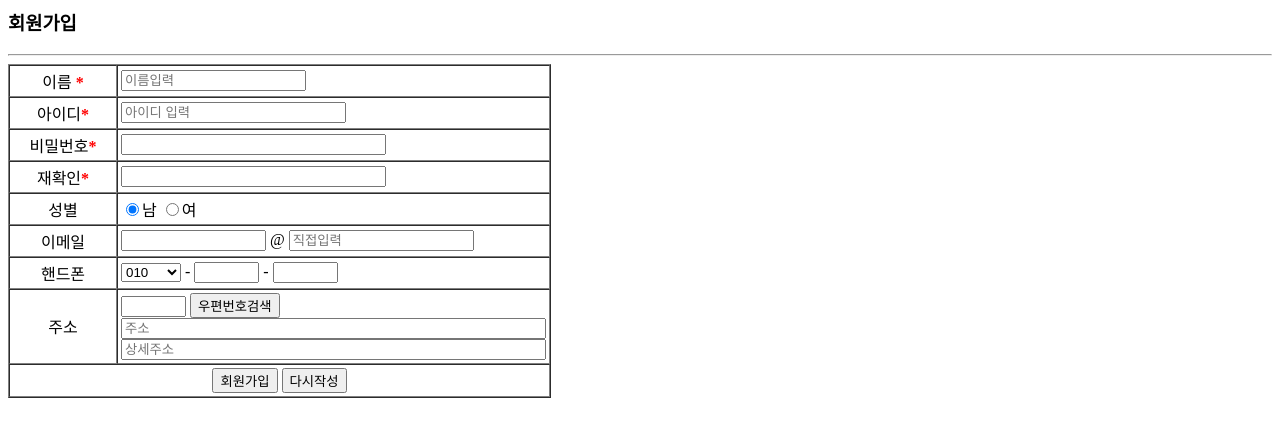
Repository: woodddd/spring
Page: http://localhost/SpringMVC/member/writeForm.jsp
The author's editor kept a copy of each file at every save. The page is drawn from the files as they stood at one save, then again after the next save.
The browser window is 1280 px wide. The pictures show the whole page.
The page is served by Tomcat 9. Nobody is signed in. The application's start-up code is not run.

Above is the page before, as saved 2021-02-18 07:02:06.

After the next save:
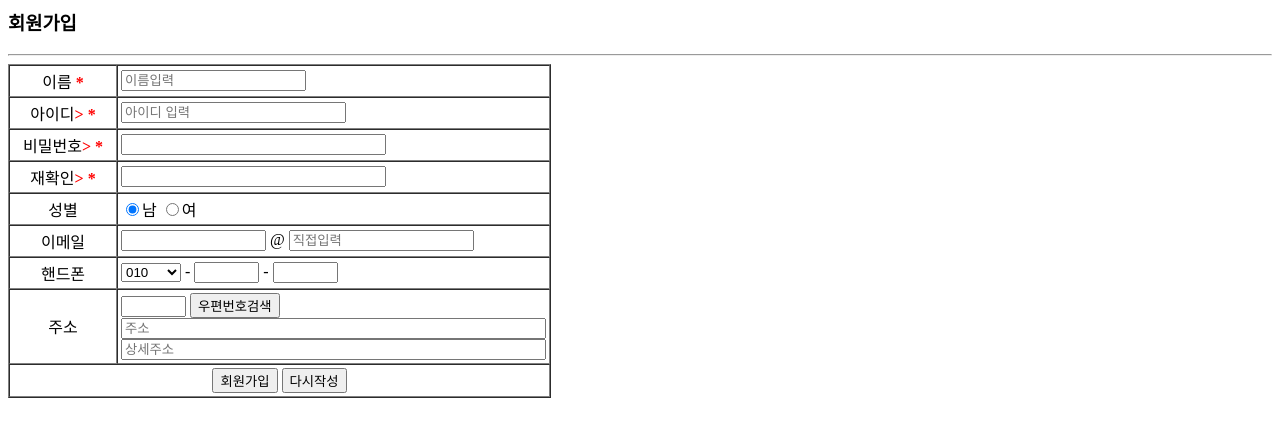
Saved 26 s later.
--- a/workspace/SpringMVC/src/main/webapp/member/writeForm.jsp
+++ b/workspace/SpringMVC/src/main/webapp/member/writeForm.jsp
@@ -15,7 +15,7 @@
 </tr>
 
 <tr>
-	<td align="center">아이디<span style="color:red; font-weight:bold;">*</span></td>
+	<td align="center">아이디<span style="color:red; font-weight:bold;">>&nbsp;*</span></td>
 	<td>
 		<input type="text" id="id" name="id" size="25" placeholder="아이디 입력">
 		<input type="hidden" id="check" value="">
@@ -24,7 +24,7 @@
 </tr>
 
 <tr>
-	<td align="center">비밀번호<span style="color:red; font-weight:bold;">*</span></td>
+	<td align="center">비밀번호<span style="color:red; font-weight:bold;">>&nbsp;*</span></td>
 	<td>
 		<input type="password" name="pwd" id="pwd" size="30">
 		<div id="pwdDiv"></div>
@@ -33,7 +33,7 @@
 </tr>
 
 <tr>
-	<td align="center">재확인<span style="color:red; font-weight:bold;">*</span></td>
+	<td align="center">재확인<span style="color:red; font-weight:bold;">>&nbsp;*</span></td>
 	<td>
 		<input type="password" name="repwd" id="repwd" size="30">
 		<div id="repwdDiv"></div>
